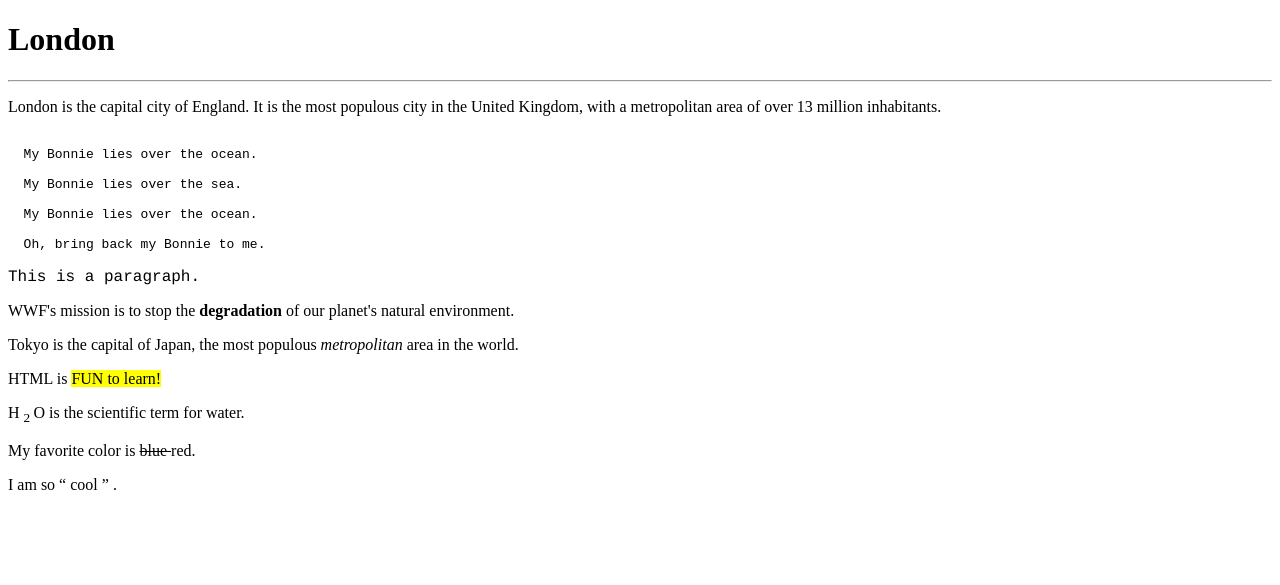
Repository: Helianthusss/Learn-CPP
Page: HTML/test.html
These files come from the project's save history. The page is drawn as it stood at one moment and after the next save; the edit follows.
The browser window is 1280 px wide. The pictures show the whole page.

Above is the page before, as saved 2021-11-18 14:18:33.

After the next save:
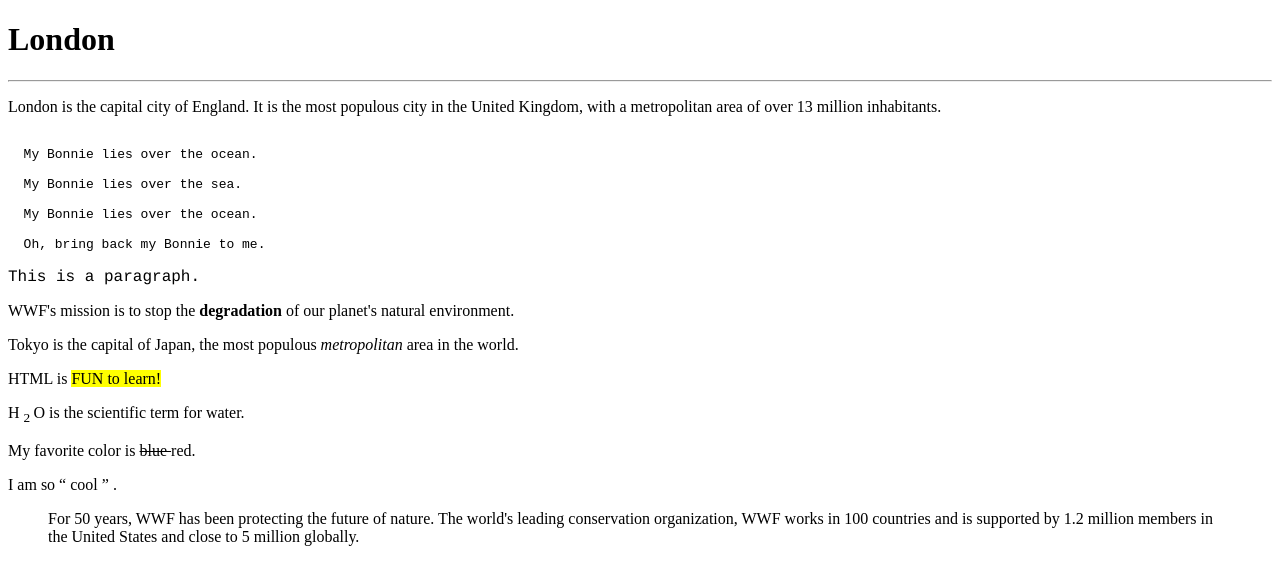
Saved 51 s later.
--- a/HTML/test.html
+++ b/HTML/test.html
@@ -71,5 +71,13 @@
             </q>
             .
             </p>
+
+<blockquote
+
+cite
+="http://www.worldwildlife.org/who/index.html">
+For 50 years, WWF has been protecting the future of nature. The world's leading conservation organization, WWF works in 100 countries and is supported by 1.2 million members in the United States and close to 5 million globally.
+</blockquote>
+
   </body>
 </html>
